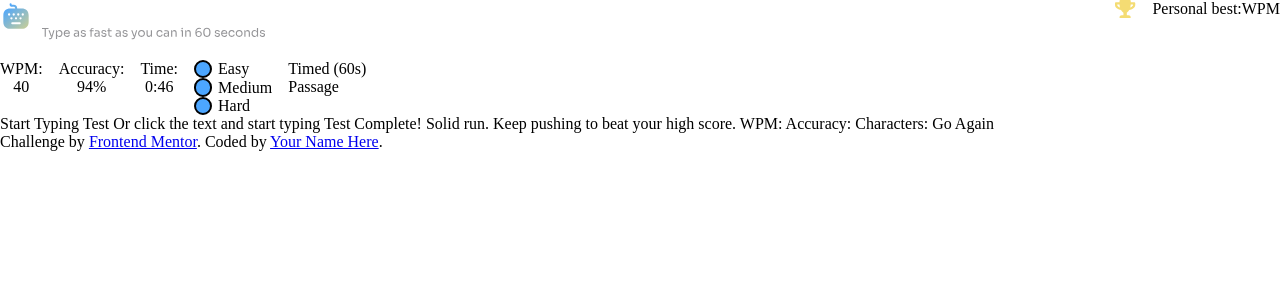
Repository: eva003n/typing-speed-test
Page: index.html
An editor plug-in stored every save of this project. The page is shown before and after the next save, followed by the edit.
The browser window is 1280 px wide. The pictures show the whole page.

Above is the page before, as saved 2026-02-13 01:49:37.

### index.html
<!doctype html>
<html lang="en">
  <head>
    <meta charset="UTF-8" />
    <meta name="viewport" content="width=device-width, initial-scale=1.0" />
    <!-- displays site properly based on user's device -->

    <link
      rel="icon"
      type="image/png"
      sizes="32x32"
      href="./assets/images/favicon-32x32.png"
    />
    <link rel="stylesheet" href="/style.css" />
    <title>Frontend Mentor | Typing Speed Test</title>
  </head>
  <body>
    <header class="grid header">
      <div class="flex header-top">
        <div class="header-left">
          <!-- logo -->
          <img
            srcset="
              assets/images/logo-small.svg  32w,
              assets/images/logo-large.svg 267w
            "
            sizes="(width <= 600px) 32px,
               267px"
            src="assets/images/logo-small.svg"
            alt="Typing speed test logo icon"
          />
        </div>
        <div class="flex header-right">
          <svg
            xmlns="http://www.w3.org/2000/svg"
            width="21"
            height="18"
            fill="none"
            viewBox="0 0 21 18"
          >
            <path
              fill="#f4dc73"
              d="M19.406 2.25c.457 0 .844.387.844.844v1.969c0 1.265-.809 2.566-2.18 3.55-1.125.809-2.46 1.301-3.867 1.477-1.125 1.828-2.39 2.566-2.39 2.566v2.531H13.5c1.23 0 2.25.739 2.25 1.97v.421c0 .246-.21.422-.422.422H4.922a.406.406 0 0 1-.422-.422v-.422c0-1.23.984-1.968 2.25-1.968h1.688v-2.532s-1.301-.738-2.426-2.566c-1.407-.176-2.742-.668-3.867-1.477C.773 7.63 0 6.328 0 5.063v-1.97c0-.456.352-.843.844-.843H4.5V.844C4.5.387 4.852 0 5.344 0h9.562c.457 0 .844.387.844.844V2.25zM3.48 6.785c.422.317.915.563 1.477.774A12.7 12.7 0 0 1 4.5 4.5H2.25v.563c0 .421.352 1.125 1.23 1.722M18 5.062V4.5h-2.285a12.7 12.7 0 0 1-.457 3.059c.562-.211 1.055-.457 1.476-.774C17.367 6.363 18 5.66 18 5.062"
            />
          </svg>
          <div class="">
            <p class="best-txt">
              <span class="personal-text">Personal</span>
              best:<span class="typing-unit">WPM</span>
            </p>
          </div>
        </div>
      </div>
      <div class="flex header-bottom">
        <div class="flex header-left">
          <div>
            <p>WPM:</p>
            <span>40</span>
          </div>
          <div>
            <p>Accuracy:</p>
            <span>94%</span>
          </div>
          <div>
            <p>Time:</p>
            <span>0:46</span>
          </div>
        </div>
        <div class="flex header-right">
          <div class="difficulty">
            <p class="difficulty-txt">Difficulty:</p>
            <ul>
              <li>

                <label for="difficulty" class="grid form-control">
                    <input type="radio" id="difficulty" name="difficultu" />
                  Easy</label>
              </li>
              <li>

                <label for="difficulty" class="grid form-control">
                  <input type="radio" id="difficulty" name="difficultu" />
                  Medium</label>
              </li>
              <li>

                <label for="difficulty" class="grid form-control">
                  <input type="radio" id="difficulty" name="difficultu" />
                  Hard</label>
              </li>
            </ul>
          </div>
          <div class="mode">
            <p class="mode-txt">Mode:</p>
            <ul>
              <li>Timed (60s)</li>
              <li>Passage</li>
            </ul>
          </div>
        </div>
      </div>
    </header>
    <section></section>

    <!-- Passage -->

    Start Typing Test Or click the text and start typing

    <!-- Test Complete Start -->

    Test Complete! Solid run. Keep pushing to beat your high score. WPM:
    <!-- WPM -->
    Accuracy:
    <!-- Accuracy -->
    Characters:
    <!-- Correct/Incorrect -->

    Go Again

    <!-- Test Complete End -->

    <div class="attribution">
      Challenge by
      <a href="https://www.frontendmentor.io?ref=challenge">Frontend Mentor</a>.
      Coded by <a href="#">Your Name Here</a>.
    </div>
  </body>
</html>

### style.css
/* sora-regular - latin */
@font-face {
  font-display: swap; /* Check https://developer.mozilla.org/en-US/docs/Web/CSS/@font-face/font-display for other options. */
  font-family: 'Sora';
  font-style: normal;
  font-weight: 400;
  src: url('/assets/fonts/sora-v17-latin-regular.woff2') format('woff2'); /* Chrome 36+, Opera 23+, Firefox 39+, Safari 12+, iOS 10+ */
}
/* sora-600 - latin */
@font-face {
  font-display: swap; /* Check https://developer.mozilla.org/en-US/docs/Web/CSS/@font-face/font-display for other options. */
  font-family: 'Sora';
  font-style: normal;
  font-weight: 600;
  src: url('/assets/fonts/sora-v17-latin-600.woff2') format('woff2'); /* Chrome 36+, Opera 23+, Firefox 39+, Safari 12+, iOS 10+ */
}
/* sora-700 - latin */
@font-face {
  font-display: swap; /* Check https://developer.mozilla.org/en-US/docs/Web/CSS/@font-face/font-display for other options. */
  font-family: 'Sora';
  font-style: normal;
  font-weight: 700;
  src: url('/assets/fonts/sora-v17-latin-700.woff2') format('woff2'); /* Chrome 36+, Opera 23+, Firefox 39+, Safari 12+, iOS 10+ */
}

:root {
--green-500: hsl(140, 63%, 57%);
--red-500: hsl(354, 63%, 57%);
--yellow-400: hsl(49, 85%, 70%);

--blue-600: hsl(214, 100%, 55%);
--blue-400: hsl(210, 100%, 65%);


--neutral-900: hsl(0, 0%, 7%);
--neutral-800: hsl(0, 0%, 15%);
--neutral-500: hsl(240, 3%, 46%);
--neutral-400: hsl(240, 1%, 59%);
--neutral-0: hsl(0, 0%, 100%);

--fz-sm: 1rem;

--fw-400: 400;
--fw-600: 600;
--fw-700: 700;
}

*,
*::before,
*::after {
  box-sizing: border-box;
    margin: 0;
    padding: 0;
}

body {
    min-height: 100svh;
    font-size: var(--fz-sm);

}

ul {
  list-style: none;
}



.grid {
  display: grid;
  gap: var(--gap, 1rem);
}
.flex {
  display: flex;
  gap: var(--gap, 1rem);
}

.header {

}
.header-top {
  justify-content: space-between;
}
.header-bottom .header-left {
  text-align: center;

}

.difficulty-txt ,
.mode-txt {
  display: none;
}
.form-control {
  --gap: .5em;
  color: #000000;
  grid-template-columns: 1em auto;
  align-items: center;


}

input[type="radio"] {
  --webkit-appearance: none;
  appearance: none; /* removes all inherited browser styles */
  background: var(--blue-400);
  font: inherit;
  width: 1.15em;
  height: 1.15em;
  border: .15em solid currentColor;
  border-radius: 50%;
  color: currentColor;

}

After the next save:
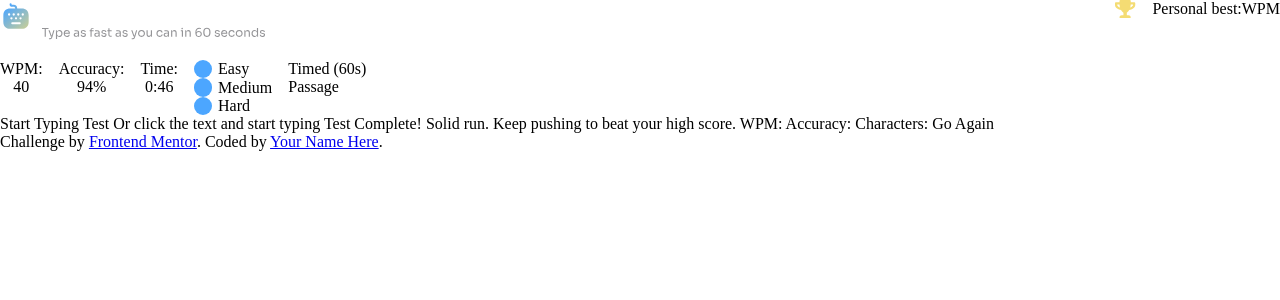
Saved 26 s later.
--- a/style.css
+++ b/style.css
@@ -105,7 +105,7 @@
   font: inherit;
   width: 1.15em;
   height: 1.15em;
-  border: .15em solid currentColor;
+  border: -.15em solid currentColor;
   border-radius: 50%;
   color: currentColor;
 

After the save that followed:
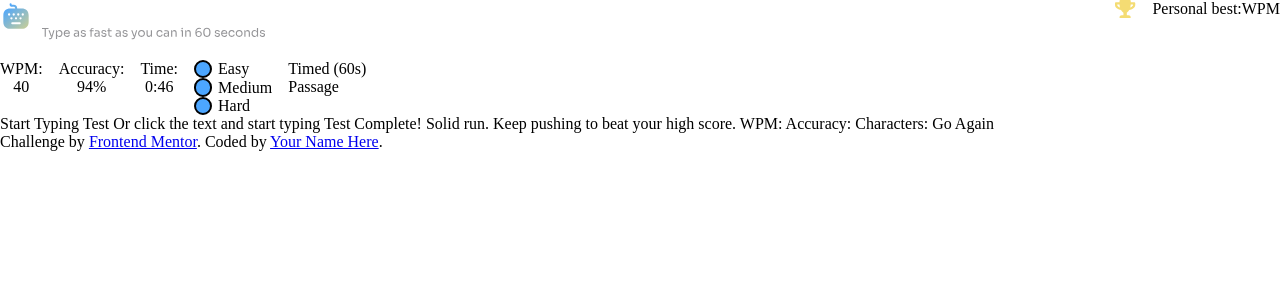
Saved 4 s later.
--- a/style.css
+++ b/style.css
@@ -105,7 +105,7 @@
   font: inherit;
   width: 1.15em;
   height: 1.15em;
-  border: -.15em solid currentColor;
+  border: .15em solid currentColor;
   border-radius: 50%;
   color: currentColor;
 
